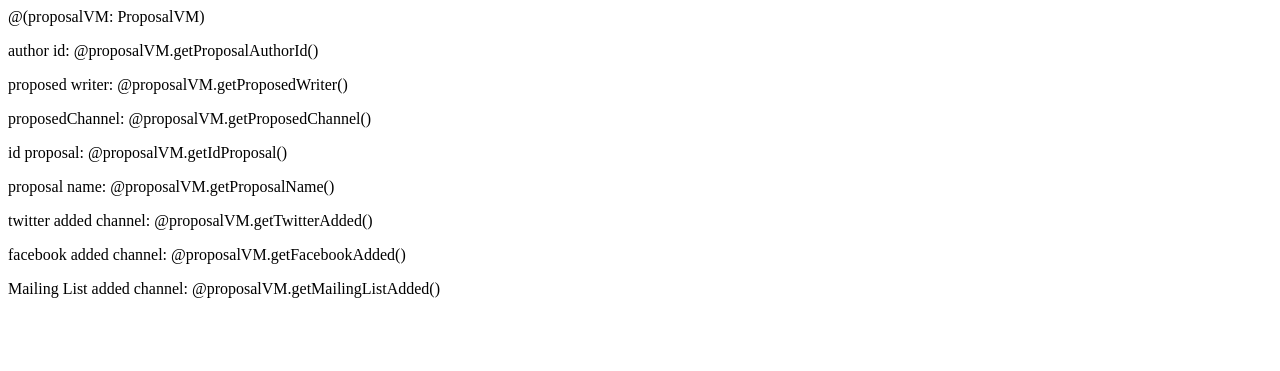
Repository: spirale-software/labo_master
Page: Application/oneDotCom/app/views/propositionTest.scala.html
The author's editor kept a copy of each file at every save. The page is drawn from the files as they stood at one save, then again after the next save.
The browser window is 1280 px wide. The pictures show the whole page.

Above is the page before, as saved 2017-04-06 14:35:01.

### Application/oneDotCom/app/views/propositionTest.scala.html
@(proposalVM: ProposalVM)

<p>author id: @proposalVM.getProposalAuthorId()</p>

<p>proposed writer: @proposalVM.getProposedWriter()</p>

<p>proposedChannel: @proposalVM.getProposedChannel()</p>

<p>id proposal: @proposalVM.getIdProposal()</p>

<p>proposal name: @proposalVM.getProposalName()</p>

<p>twitter added channel: @proposalVM.getTwitterAdded()</p>

<p>facebook added channel: @proposalVM.getFacebookAdded()</p>

<p>Mailing List added channel: @proposalVM.getMailingListAdded()</p>

After the next save:
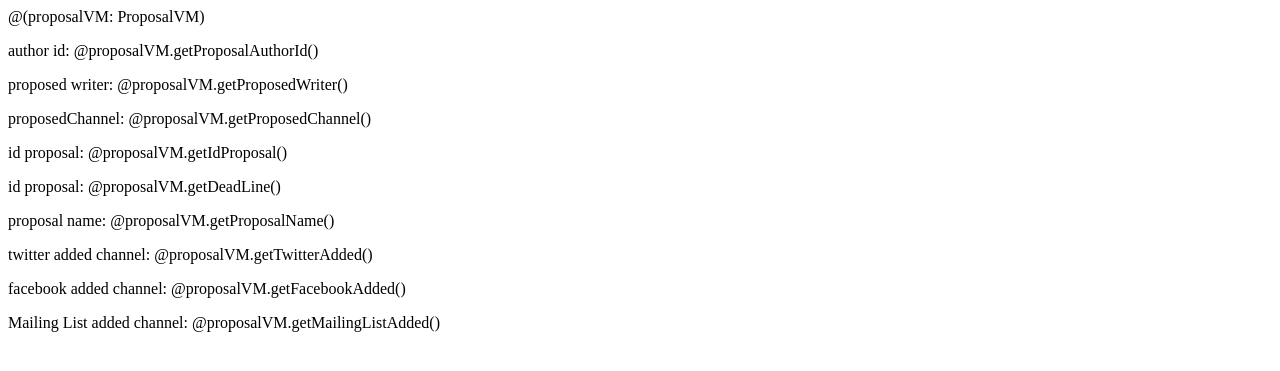
Saved 112 min 58 s later.
--- a/Application/oneDotCom/app/views/propositionTest.scala.html
+++ b/Application/oneDotCom/app/views/propositionTest.scala.html
@@ -8,6 +8,8 @@
 
 <p>id proposal: @proposalVM.getIdProposal()</p>
 
+<p>id proposal: @proposalVM.getDeadLine()</p>
+
 <p>proposal name: @proposalVM.getProposalName()</p>
 
 <p>twitter added channel: @proposalVM.getTwitterAdded()</p>
